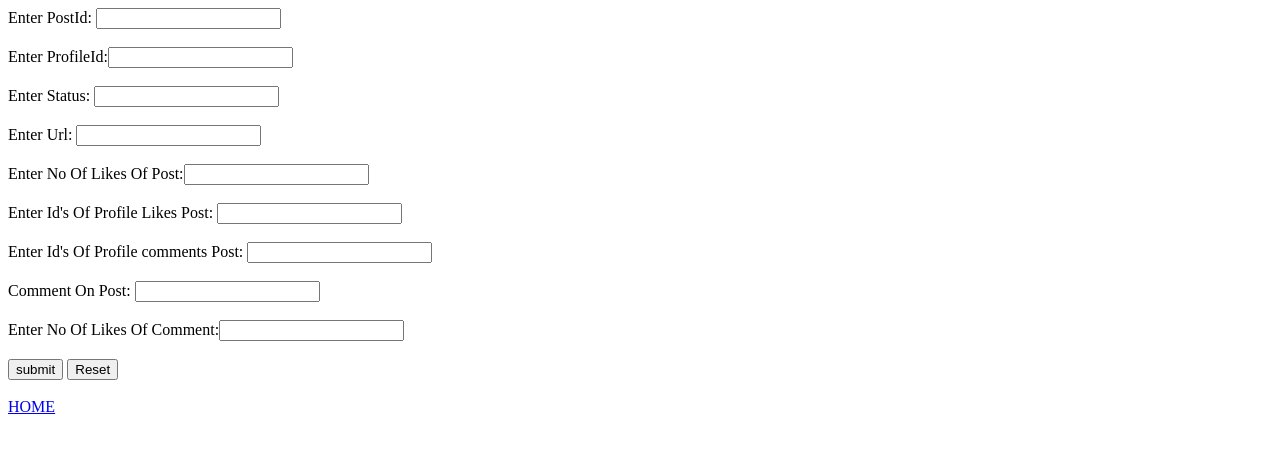
Repository: deepikabachhav/Ally-World-Post
Page: http://localhost/website/WEB-INF/jsp/AddPostForm.jsp
These files come from the project's save history. The page is drawn as it stood at one moment and after the next save; the edit follows.
The browser window is 1280 px wide. The pictures show the whole page.
The page is served by Tomcat 9. Nobody is signed in. The template is opened directly, without the code that normally fills it, so the values that code supplies are empty.

Above is the page before, as saved 2019-02-14 14:26:54.

After the next save:
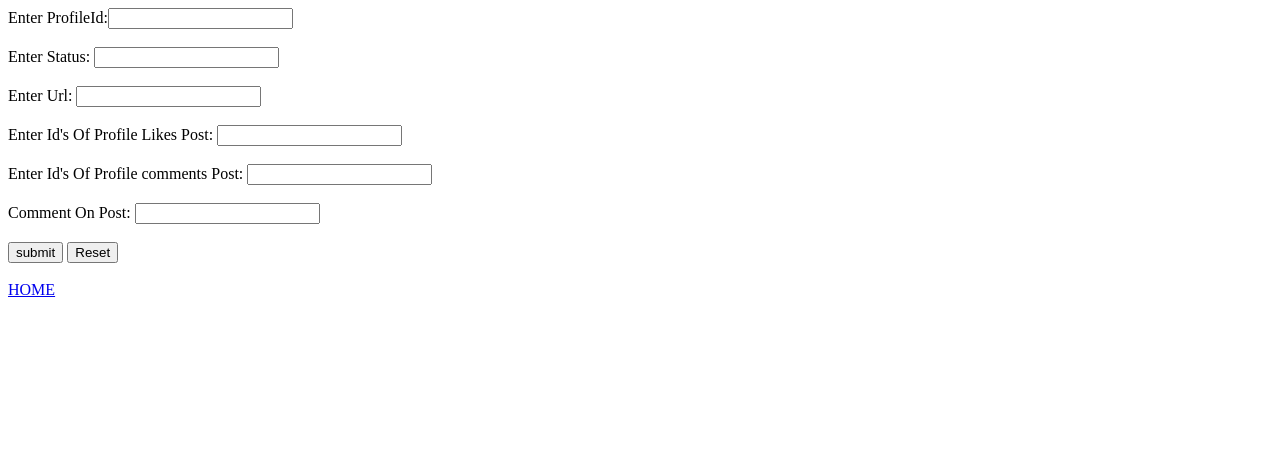
Saved 9 min 25 s later.
--- a/website/src/main/webapp/WEB-INF/jsp/AddPostForm.jsp
+++ b/website/src/main/webapp/WEB-INF/jsp/AddPostForm.jsp
@@ -9,15 +9,15 @@
 </head>
 <body>
 <form action="createNewPost" >
-		Enter PostId: <input type="text" name="postId"/> <br /> <br />
+		<!-- Enter PostId: <input type="text" name="postId"/> <br /> <br /> -->
 		Enter ProfileId:<input type="text" name="profileId"/> <br /> <br />
 		Enter Status:  <input type="text" name="status"/><br /> <br />
 		Enter Url: <input type="url" name="url"/> <br /> <br />
-		Enter No Of Likes Of Post:<input type="number" name="likes"> <br /> <br />
+		<!-- Enter No Of Likes Of Post:<input type="number" name="likes"> <br /> <br /> -->
 		Enter Id's Of Profile Likes Post: <input type="number" name="likesProfileId"/> <br /> <br />
 		Enter Id's Of Profile comments Post: <input type="number" name="commentProfileId"/> <br /> <br />
 		Comment On Post: <input type="text" name="comment"/> <br /> <br />
-		Enter No Of Likes Of Comment:<input type="number" name="likesComment"><br /> <br />
+		<!-- Enter No Of Likes Of Comment:<input type="number" name="likesComment"><br /> <br /> -->
   		<input type="submit" value="submit">
 		<input type="Reset" value="Reset">
 	</form><br />
